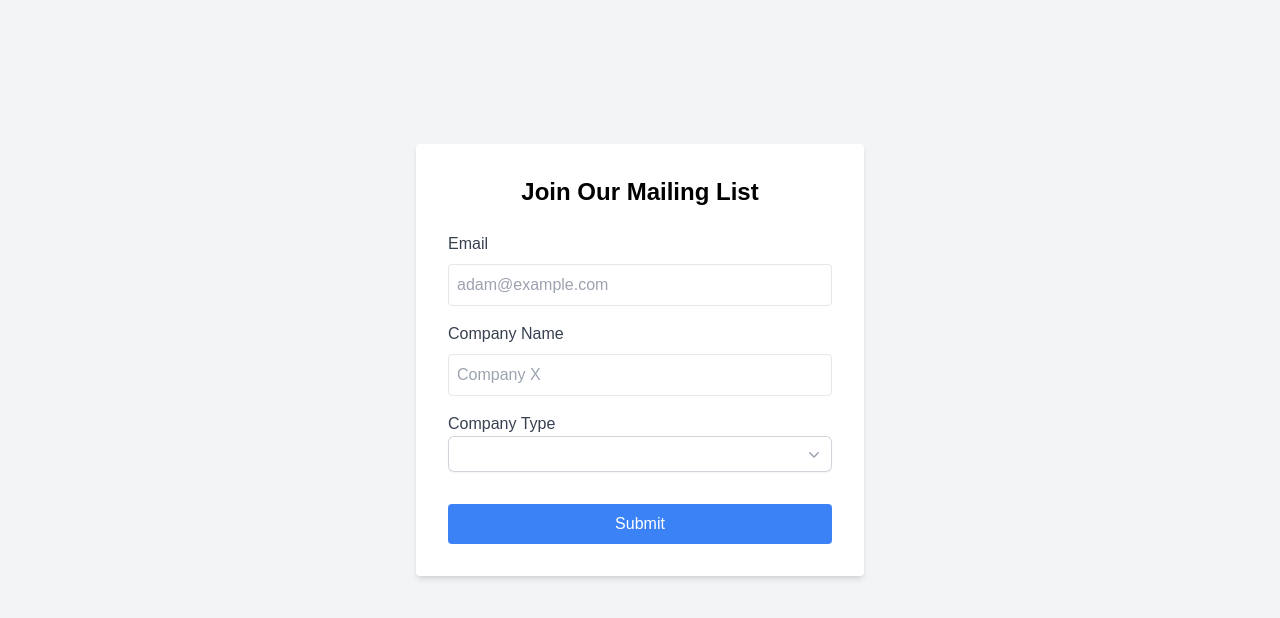
Repository: e-ndorfin/newhacks-2024
Page: / (app in pulse_site/)
An editor plug-in stored every save of this project. The page is shown before and after the next save, followed by the edit.
The browser window is 1280 px wide. The pictures show the whole page.
The project was rebuilt for these pictures with package versions that can differ from the ones it lists, and the page was loaded fresh each time. The framework's server and built-in components were replaced by stand-ins that run in the browser. Also part of the build but not shown: pulse_site/next.config.mjs.

Above is the page before, as saved 2024-10-26 19:53:38.

After the next save:
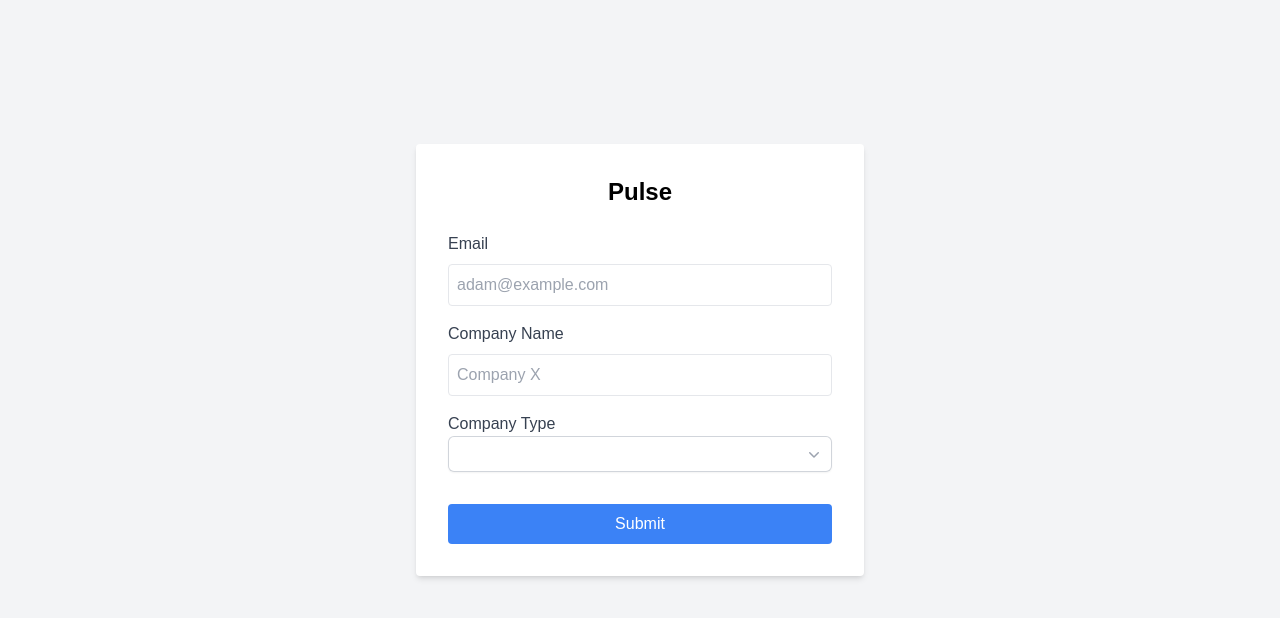
Saved 75 s later.
--- a/pulse_site/app/page.js
+++ b/pulse_site/app/page.js
@@ -25,7 +25,7 @@ export default function Home() {
         onSubmit={handleSubmit}
         className="bg-white p-8 rounded shadow-md w-full max-w-md"
       >
-        <h2 className="text-2xl font-bold mb-6 text-center text-black">Join Our Mailing List</h2>
+        <h2 className="text-2xl font-bold mb-6 text-center text-black">Pulse</h2>
 
         <div className="mb-4">
           <label className="block text-gray-700">Email</label>
